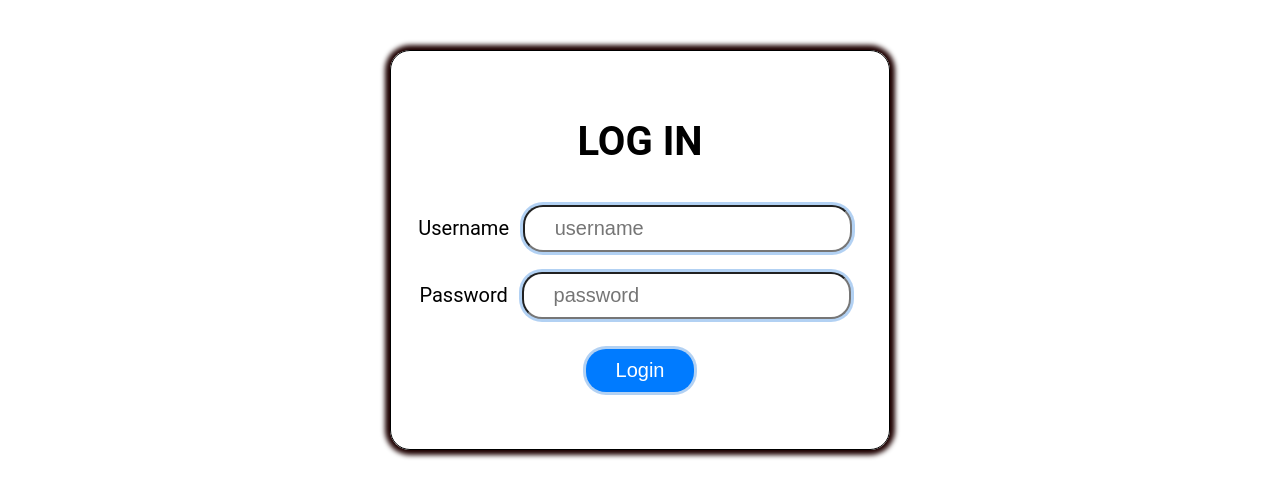
Repository: huyna1707/learning-git
Page: index.html
The author's editor kept a copy of each file at every save. The page is drawn from the files as they stood at one save, then again after the next save.
The browser window is 1280 px wide. The pictures show the whole page.

Above is the page before, as saved 2024-08-09 23:31:13.

### index.html
<!DOCTYPE html>
<html>
<head>
    <title>Form Login</title>
    <link rel="stylesheet" href="style.css">
    <script defer src="main.js"></script>
</head>
<body>
    <form action="menu">
        <h4>LOG IN</h4>
        <div class="user">
            <label for="username">Username</label>
            <input type="text" placeholder="username" id="username">
        </div>
        <div class="pass">
            <label for="passworld">Password</label>
            <input type="password" placeholder="password" id="password">
        </div>
        <button type="button" onclick="login()">Login</button>
    </form>
</body>
</html>

### style.css
*{
    margin: 0;
    padding: 0;
    box-sizing: border-box;
}

html{
    font-size: 15px;
    font-family: 'Roboto', sans-serif;
    display: flex;
    justify-content: center;
    align-items: center;
}

form{
    width: 500px;
    height: 400px;
    display: flex;
    flex-direction: column;
    justify-content: center;
    align-items: center;
    margin: 50px 0;
    border: 1px solid black;
    border-radius: 20px;
    box-shadow: rgb(30, 0, 0) 0 0 5px 5px;
}

form h4{
    font-size: 40px;
    font-weight: 600;
    margin: 30px;;
}
form label{
    font-size : 20px;
}
form input{
    border-radius: 20px;
    font-size: 20px;
    padding: 10px 30px;
    box-shadow: rgba(3, 102, 214, 0.3) 0px 0px 0px 3px;
    margin : 10px;
}

form button{
    border: none;
    border-radius: 20px;
    font-size: 20px;
    padding: 10px 30px;
    background-color: #007bff;
    color: white;
    box-shadow: rgba(3, 102, 214, 0.3) 0px 0px 0px 3px;
    margin : 20px;
}

form button:hover{
    color: black;
    transition: 0.3s ease;
}

### main.js
// window.prompt('What is your name?');

After the next save:
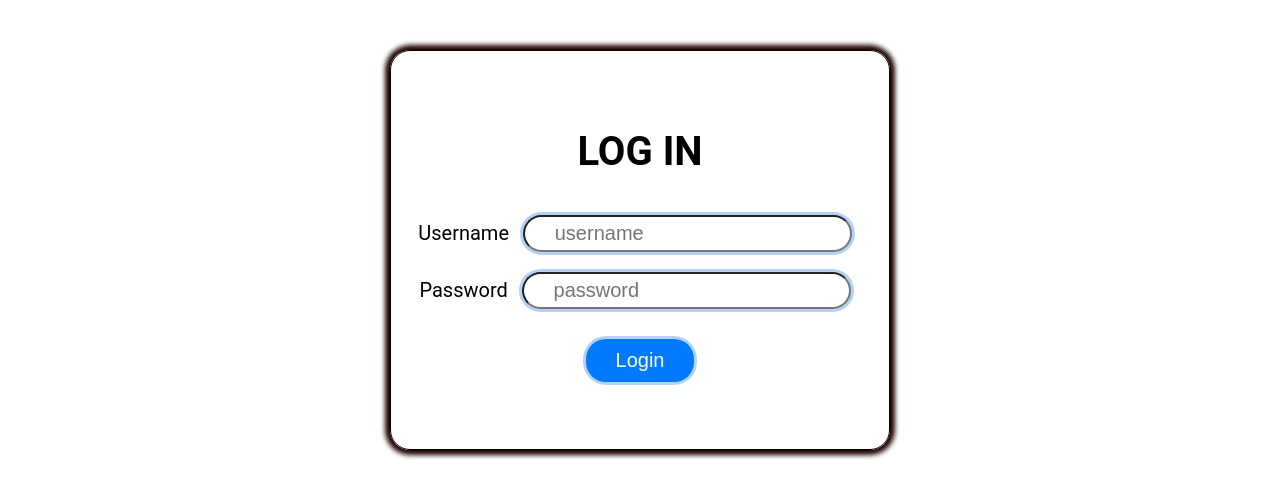
Saved 14 s later.
--- a/style.css
+++ b/style.css
@@ -36,7 +36,7 @@ form label{
 form input{
     border-radius: 20px;
     font-size: 20px;
-    padding: 10px 30px;
+    padding: 5px 30px;
     box-shadow: rgba(3, 102, 214, 0.3) 0px 0px 0px 3px;
     margin : 10px;
 }
